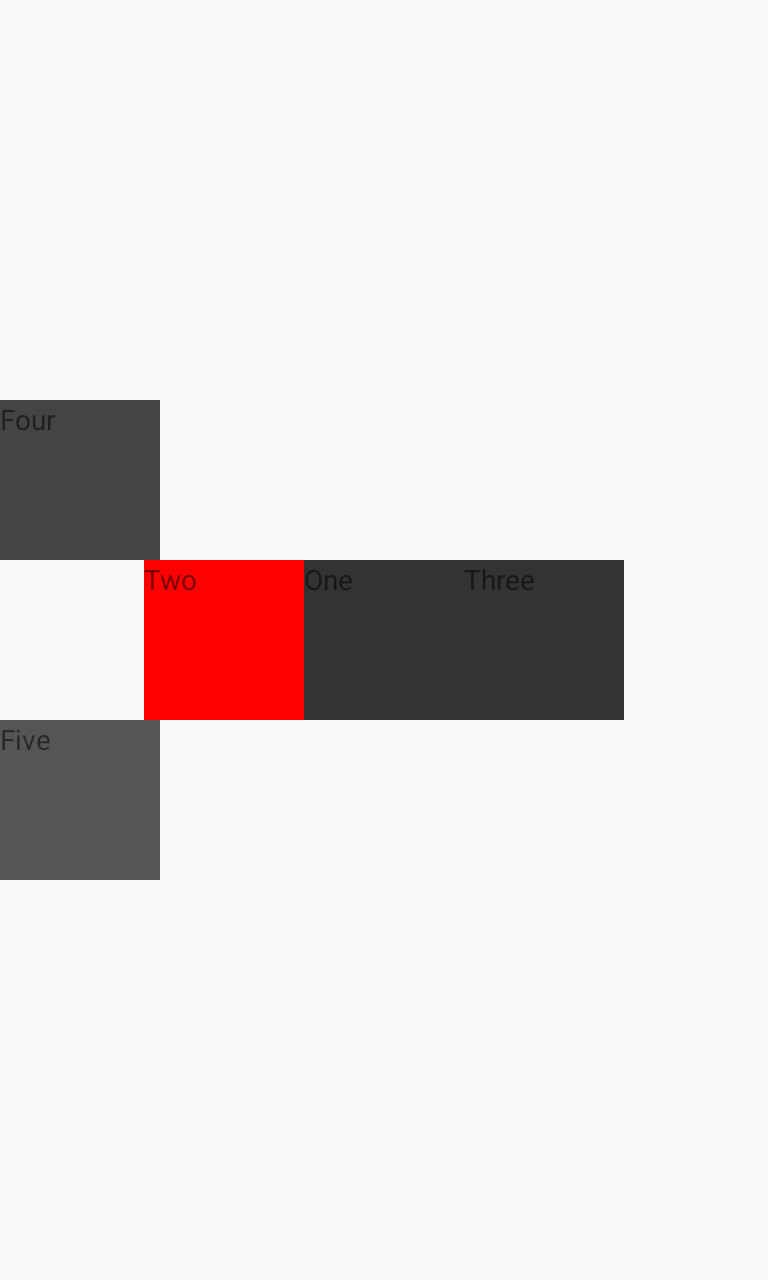
Repository: bingb89/Garbage
Layout: xml/hello/res/layout/activity_main.xml
An editor plug-in stored every save of this project. The layout is shown before and after the next save, followed by the edit.
It is drawn on a 768 x 1280 px phone screen (xhdpi) without system bars, with theme AppTheme; the app's code is not run.

Above is the layout before, as saved 2015-12-24 08:52:18.

After the next save:
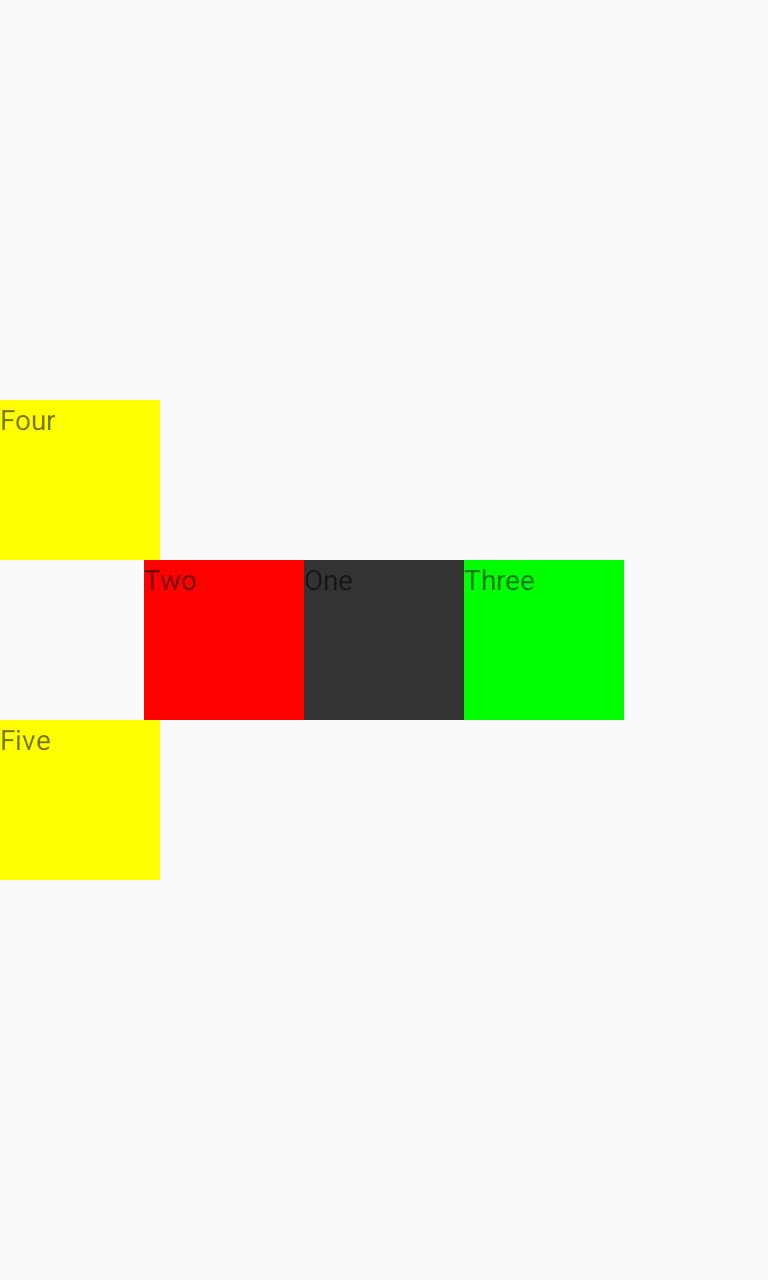
Saved 22 s later.
--- a/xml/hello/res/layout/activity_main.xml
+++ b/xml/hello/res/layout/activity_main.xml
@@ -27,7 +27,7 @@
         android:layout_height="80dp"
         android:layout_toRightOf="@id/t1"
         android:layout_centerVertical="true"
-        android:background="#333333"
+        android:background="#00ff00"
         android:text="@string/three" />
 
     <TextView
@@ -35,7 +35,7 @@
         android:layout_width="80dp"
         android:layout_height="80dp"
         android:layout_above="@id/t1"
-        android:background="#444444"
+        android:background="#ffff00"
         android:text="@string/four" />
 
     <TextView
@@ -43,7 +43,7 @@
         android:layout_width="80dp"
         android:layout_height="80dp"
         android:layout_below="@id/t1"
-        android:background="#555555"
+        android:background="#ffff00"
         android:text="@string/five" />
 
 </RelativeLayout>
